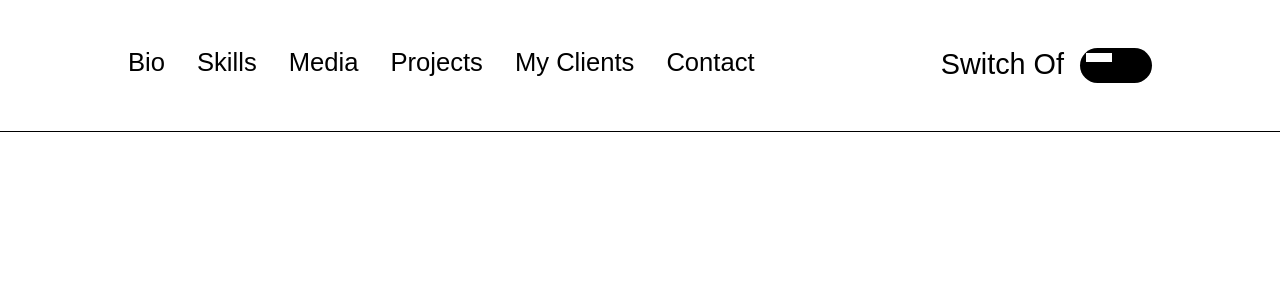
Repository: Eslam0Mohamed/portfolio
Page: index.html
The author's editor kept a copy of each file at every save. The page is drawn from the files as they stood at one save, then again after the next save.
The browser window is 1280 px wide. The pictures show the whole page.

Above is the page before, as saved 2024-07-13 16:35:58.

### index.html
<!DOCTYPE html>
<html lang="en">
<head>
    <meta charset="UTF-8">
    <meta name="viewport" content="width=device-width, initial-scale=1.0">
    <title>Eslam Mohamed</title>

    <link rel="preconnect" href="https://fonts.googleapis.com">
<link rel="preconnect" href="https://fonts.gstatic.com" crossorigin>
<link href="https://fonts.googleapis.com/css2?family=Raleway:ital,wght@0,100..900;1,100..900&display=swap" rel="stylesheet">
<link rel="preconnect" href="https://fonts.googleapis.com">
<link rel="preconnect" href="https://fonts.gstatic.com" crossorigin>
<link href="https://fonts.googleapis.com/css2?family=Poppins:ital,wght@0,100;0,200;0,300;0,400;0,500;0,600;0,700;0,800;0,900;1,100;1,200;1,300;1,400;1,500;1,600;1,700;1,800;1,900&family=Raleway:ital,wght@0,100..900;1,100..900&display=swap" rel="stylesheet">
<link rel="stylesheet" href="css/style.css">
</head>
<body>
    <div class="container">
        <header class="header">
            <nav class="navigation">
                <ul class="navigation__list">
                    <li><a href="" class="navigation__link">Bio</a></li>
                    <li><a href="" class="navigation__link">Skills</a></li>
                    <li><a href="" class="navigation__link">Media</a></li>
                    <li><a href="" class="navigation__link">Projects</a></li>
                    <li><a href="" class="navigation__link">My Clients</a></li>
                    <li><a href="" class="navigation__link">Contact</a></li>

                </ul>
            </nav>
            <div class="toggle">
                <h3 class="toggle__title">Switch Of</h3>
                <input type="checkbox" name="toggl checkbox" id="toggle" class="toggle__checkbox">
                <label for="toggle" class="toggle__label"></label>
            </div>
        </header>
    </div>
</body>
</html>

### css/style.css
:root {
    --container-width: 80vw;
    --boys: 2rem;
    --color-black: #000;
    --color-white: #fff;
    --color-blue: #2374e1;
    --color-light-blue: #1d9bf0;
    --color-dark-blue: #0a66c2;
    --color-darker-blue: #143ce8;
    --color-red: #ff0000;
    --color-green: #03a696;
    --color-grey: #f6f6f6;
    --color-dark-green: #42959b;
    --color-background: var(#ffffff);
    --color-text: var(#000000);
    --color-box-img: var(#000000);
    --color-link-bg: var(#000000);
    --color-input-border: var(#000000);
    --font-family-raleway: “Raleway“, sans-serif;
    --font-family-poppins: “Poppins“, sans-serif;
    --font-weight-regular: 400;
    --font-weight-medium: 500;
    --font-weight-semi-bold: 600;
    --font-weight-bold: 700;
    --font-size-70: 7rem;
    --font-size-65: 6.5rem;
    --font-size-40: 4rem;
    --font-size-38: 3.8rem;
    --font-size-24: 2.4rem;
    --font-size-22: 2.2rem;
    --font-size-18: 1.8rem;
    --font-size-20: 2rem;
    --font-size-15: 1.5rem;
    --transition-timing: 0.3s;
}

* {
    padding: 0;
    margin: 0;
    box-sizing: border-box;
}

a {
    display: inline-block;
    font: inherit;

}

button {
    background-color: transparent;
    cursor: pointer;
    border: none;
}

ul,
ol {
    list-style: none;
}

body {
    font-size: 1.6rem;
    font-family: var(--font-family-raleway);
    background-color: var(--color-background);
    color: var(--color-text);
}

.container {
    margin: 0 auto;
    max-width: var(--container-width);
    /* background-color: #ff0000; */
}

.header {
    padding: 3rem 0;
    position: relative;
    display: flex;
    justify-content: center;
}

.header::before {
    content: "";
    height: 100%;
    width: 100vw;
    position: absolute;
    border-bottom: 0.1rem solid var(--color-black);
    top: 0;
    z-index: -1;
}

.navigation__list {
    display: flex;
    gap: 2rem;
}

.navigation__link:visited,
.navigation__link:link {
    text-decoration: none;
    font-weight: var(--font-weight-medium);
    color: var(--color-text);
}

.navigation__link:hover,
.navigation__link:active {
    text-decoration: underline;
    color: var(--color-text);
}

/* Start toggle */
.toggle {
    display: flex;
    gap: 1rem;
    margin-left: auto;
    /* justify-content: flex-end; */
}

.toggle__title {
    font-weight: var(--font-weight-medium);
    font-size: var(--font-size-18);
}

.toggle__checkbox {
    display: none;
}

.toggle__label {
    display: block;
    position: relative;
    width: 4.5rem;
    height: 2.2rem;
    background-color: var(--color-black);
    border-radius: 1.5rem;
    padding: 0.3rem 0.4rem;
    transition: 0.3s;
    cursor: pointer;
}
.toggle__label::after{
content: "";
position: absolute;
background-color: var(--color-white);
width: 1.6rem;
height: 0.6rem;
}
/* End toggle  */

After the next save:
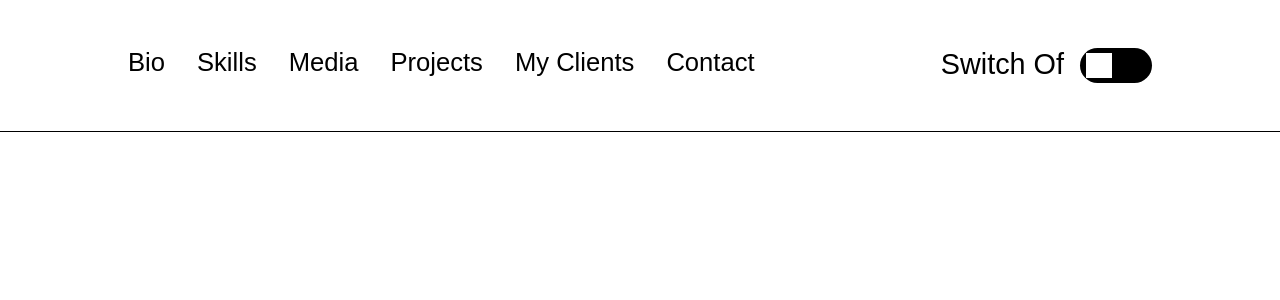
Saved 11 s later.
--- a/css/style.css
+++ b/css/style.css
@@ -138,6 +138,6 @@ content: "";
 position: absolute;
 background-color: var(--color-white);
 width: 1.6rem;
-height: 0.6rem;
+height: 1.6rem;
 }
 /* End toggle  */
